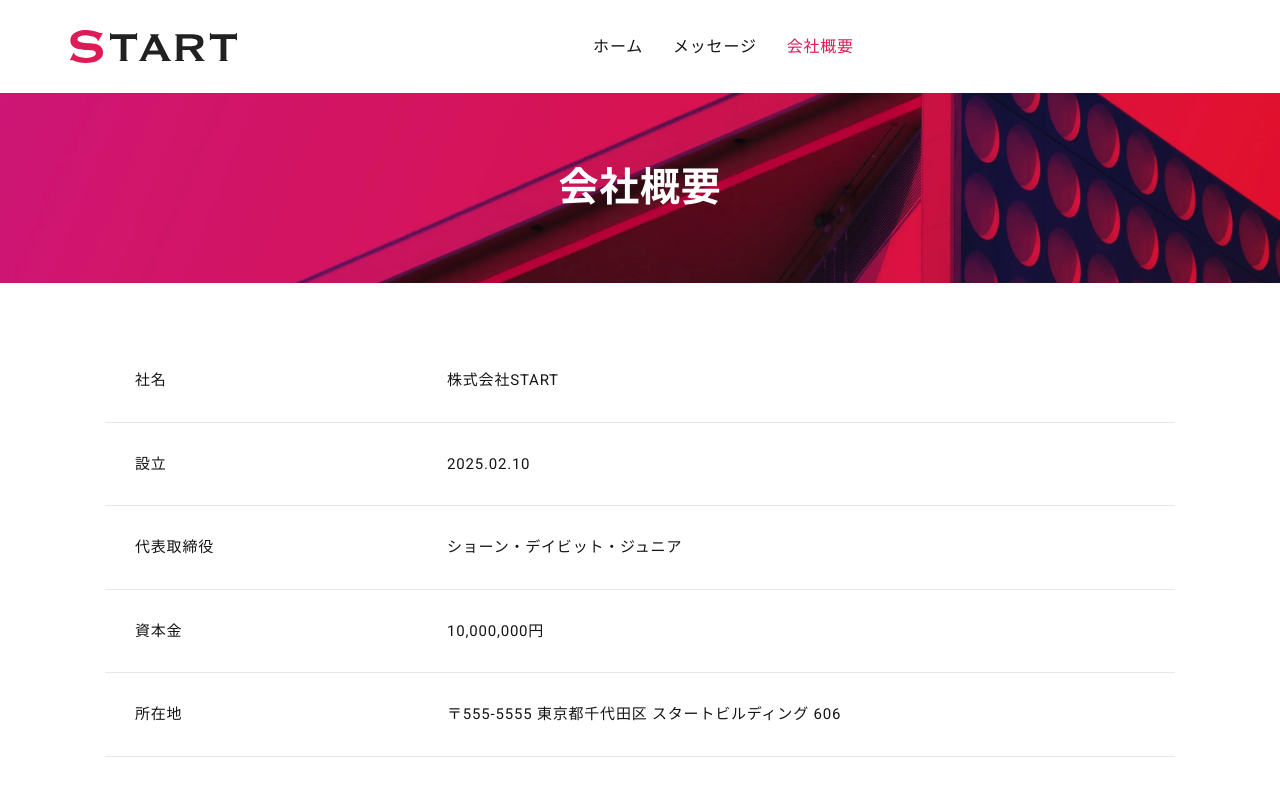
Repository: tetishi/tetishi.github.io
Page: company.html
An editor plug-in stored every save of this project. The page is shown before and after the next save, followed by the edit.
The browser window is 1280 px wide. The pictures show the part of the page from y = 0 to 807 px (the page is 1772 px tall).
Pictures or frames that could not be fetched are drawn as grey boxes.

Above is the page before, as saved 2023-07-18 23:14:21.

### company.html
<!DOCTYPE html>
<html lang="en">
<head>
    <meta charset="UTF-8">
    <meta http-equiv="X-UA-Compatible" content="IE=edge">
    <meta name="viewport" content="width=device-width, initial-scale=1.0">
    <title>Company</title>
    <!-- <link rel="stylesheet" type="text/css" href="http://yui.yahooapis.com/3.18.1/build/cssreset/cssreset-min.css"> -->
    <link rel="preconnect" href="https://fonts.googleapis.com">
    <link rel="preconnect" href="https://fonts.gstatic.com" crossorigin>
    <link href="https://fonts.googleapis.com/css2?family=Noto+Sans+JP:wght@500;700&family=Roboto:wght@400;700&display=swap" rel="stylesheet">
    <link rel="icon" href="img/favicon.ico">
    <link rel="stylesheet" href="./css/reset.css">
    <link rel="stylesheet" href="./css/company.css">
</head>
<body>
    <header class="header">
        <div class="header-inner">
            <h2 class="nav-title">
                <a href="./index.html">
                    <img class="pc" src="img/logo.svg" alt="STARTのロゴ">
                    <img class="sp" src="img/sp_logo.svg" alt="STARTのロゴ">
                </a>
            </h2>
            <nav class="header-nav">
                <ul class="header-list">
                    <li class="header-item">
                        <a href="./index.html">ホーム</a>
                    </li>
                    <li class="header-item">
                        <a href="./message.html">メッセージ</a>
                    </li>
                    <li class="header-item">
                        <a href="./company.html" class="text-red">会社概要</a>
                    </li>
                </ul>
            </nav>
            <div class="overlay"></div>
            <div class="hamburger-menu">
                <button class="hamburger-btn">
                    <span class="bar bar_top"></span>
                    <span class="bar bar_mid"></span>
                    <span class="bar bar_bottom"></span>
                </button>
            </div>
        </div>
    </header>

    <main>
        <!-- fv -->
        <div class="fv">
            <picture>
                <source srcset="./img/fv.webp" type="image/webp">
                <img src="./img/fv.jpg" alt="STARTの赤いイメージ背景">
            </picture>
            <!-- page-title-wrapper -->
            <div class="page-title-wrapper">
                <h1 class="page-title">会社概要</h1>
            </div>
        </div>

        <!-- company -->
        <section id="company" class="section-wrapper company-wrapper">
            <div class="section-inner">
                <div class="company-container">
                    <ul class="company-list">
                        <li class="company-item">
                            <p class="company-item-title">社名</p>
                            <p class="company-item-body">株式会社START</p>
                        </li>
                        <li class="company-item">
                            <p class="company-item-title">設立</p>
                            <time class="company-item-body" datetime="2025.02.10">2025.02.10</time>
                        </li>
                        <li class="company-item">
                            <p class="company-item-title">代表取締役</p>
                            <p class="company-item-body">ショーン・デイビット・ジュニア</p>
                        </li>
                        <li class="company-item">
                            <p class="company-item-title">資本金</p>
                            <p class="company-item-body">10,000,000円</p>
                        </li>
                        <li class="company-item">
                            <p class="company-item-title">所在地</p>
                            <address class="company-item-body">〒555-5555 東京都千代田区 スタートビルディング 606</address>
                        </li>
                    </ul>
                </div>
            </div>
            <!-- /.section-inner -->
        </section>

        <section class="section-wrapper map-wrapper">
            <div class="section-inner">
                <iframe src="https://www.google.com/maps/embed?pb=!1m18!1m12!1m3!1d51849.536086047556!2d139.7213596692974!3d35.686948343546895!2m3!1f0!2f0!3f0!3m2!1i1024!2i768!4f13.1!3m3!1m2!1s0x60188c0c0b13f54d%3A0xb630953beee48188!2sChiyoda%20City%2C%20Tokyo!5e0!3m2!1sen!2sjp!4v1680182950475!5m2!1sen!2sjp" width="100%" height="400" style="border:0;" allowfullscreen="" loading="lazy" referrerpolicy="no-referrer-when-downgrade"></iframe>
                <a href="https://www.google.com/maps/embed?pb=!1m18!1m12!1m3!1d51849.536086047556!2d139.7213596692974!3d35.686948343546895!2m3!1f0!2f0!3f0!3m2!1i1024!2i768!4f13.1!3m3!1m2!1s0x60188c0c0b13f54d%3A0xb630953beee48188!2sChiyoda%20City%2C%20Tokyo!5e0!3m2!1sen!2sjp!4v1680182950475!5m2!1sen!2sjp">Google mapで見る</a>
            </div>
            <!-- /.section-inner -->
        </section>

        <!-- news -->
        <section id="news" class="section-wrapper news-wrapper">
            <div class="section-inner news-inner">
                <div class="news-container">
                <ul class="news-list">
                    <li class="news-item">
                        <time datetime="2023.02.10">2023.02.10</time>
                        <a href="#news">コーポレートサイトをリニューアルしました。</a>
                    </li>
                    <li class="news-item">
                        <time datetime="2023.02.08">2023.02.08</time>
                        <a href="#news">採用を強化中です！一緒に働きませんか？</a>
                    </li>
                    <li class="news-item">
                        <time datetime="2022.02.02">2022.02.02</time>
                        <a href="#news">人材紹介SNS『スタート』をリリースしました。3/31まで新規登録キャンペーンを開催中です！サービス内で使える500ポイントをプレゼント！</a>
                    </li>
                </ul>
                <!-- /.news-list -->
            </div>
            <!-- /.section-inner -->
        </section>
    </main>


    <footer class="footer">
        <div class="section-inner">
            <nav class="footer-nav">
                <ul class="footer-nav-list">
                    <li class="footer-nav-item"><a href="./index.html">ホーム</a></li>
                    <li class="footer-nav-item"><a href="./message.html">メッセージ</a></li>
                    <li class="footer-nav-item"><a href="./company.html">会社概要</a></li>
                </ul>
            </nav>
            <small>&copy;START</small>
        </div>
    </footer>

    <script src="https://ajax.googleapis.com/ajax/libs/jquery/3.6.0/jquery.min.js"></script>
    <script src="js/script.js"></script>
</body>
</html>

### css/reset.css
/*
html5doctor.com Reset Stylesheet
v1.6.1
Last Updated: 2010-09-17
Author: Richard Clark - http://richclarkdesign.com
Twitter: @rich_clark
*/

* {
    box-sizing: border-box;
}

html,
body,
div,
span,
object,
iframe,
h1,
h2,
h3,
h4,
h5,
h6,
p,
blockquote,
pre,
abbr,
address,
cite,
code,
del,
dfn,
em,
img,
ins,
kbd,
q,
samp,
small,
strong,
sub,
sup,
var,
b,
i,
dl,
dt,
dd,
ol,
ul,
li,
fieldset,
form,
label,
legend,
table,
caption,
tbody,
tfoot,
thead,
tr,
th,
td,
article,
aside,
canvas,
details,
figcaption,
figure,
footer,
header,
hgroup,
menu,
nav,
section,
summary,
time,
mark,
ruby,
audio,
video {
    margin: 0;
    padding: 0;
    border: 0;
    outline: 0;
    font-size: 100%;
    vertical-align: baseline;
    background: transparent;
}

body {
    line-height: 1.5;
}

img {
    width: 100%;
    height: auto;
    object-fit: cover;
}

button {
    background-color: transparent;
    border: none;
    cursor: pointer;
    outline: none;
    padding: 0;
    appearance: none;
}

article,
aside,
details,
figcaption,
figure,
footer,
header,
hgroup,
menu,
nav,
section {
    display: block;
}

nav ul {
    list-style: none;
}

li {
    list-style: none;
}

a {
    margin: 0;
    padding: 0;
    font-size: 100%;
    vertical-align: baseline;
    background: transparent;
}

input,
select {
    vertical-align: middle;
}

/*end reset css*/

### css/company.css
/* base */

html {
    font-size: 62.5%;
}
body {
    font-size: 1.6rem;
    letter-spacing: .05em;
    color: #151515;
    font-family: "Roboto", "Noto Sans JP", Arial, "Hiragino Kaku Gothic ProN", "Hiragino Sans", Meiryo, sans-serif;
}
img {
    vertical-align: bottom;
}
.section-inner {
    max-width: 1110px;
    margin: 0 auto;
    padding: 0 20px;
}
a {
    color: inherit;
    text-decoration: none;
}
.text-red {
    color: #DD1B57;
}
address {
    font-style: normal;
}
.pc {
    display: block;
}
.sp {
    display: none;
}

/* header */
.header {
    padding: 30px 70px;
    width: 100%;
}

.header a {
    text-decoration: none;
}
.header-inner {
    display: flex;
    justify-content: space-between;
    align-items: center;
}
.header-list {
    display: flex;
}
.header-item {
    margin-right: 30px;
}
.header-item:last-of-type {
    margin-right: 0;
}
.hamburger-btn {
    display: none;
}
.hamburger-menu {
    display: none;
}

/* fv */
.fv {
    height: 190px;
    background-size: cover;
    background-position: center;
    position: relative;
}
.fv img {
    height: 190px;
    object-fit: cover;
}
.page-title-wrapper {
    position: absolute;
    left: 50%;
    top: 50%;
    color: #fff;
    transform: translate(-50%,-50%);
}
.page-title {
    font-size: 4rem;
}

/* company */
.company-wrapper {
    margin: 86px 0 50px 0;
}
.company-item {
    display: flex;
    padding: 30px 0 30px 30px;
    border-bottom: 1px solid #E8E8E8;
    font-size: 1.5rem;
}
.company-item:first-of-type {
    padding: 0 0 30px 30px;
}
.company-item-title {
    width: 30%;
}

/* map */
.map-wrapper {
    margin-bottom: 78px;
}
.map-wrapper a {
    text-decoration: underline;
    color: #349BF4;
    display: block;
    text-align: right;
}
iframe {
    margin-bottom: 21px;
}

/* news */
.news-wrapper {
    margin-bottom: 100px;
}
.news-inner {
    display: flex;
    column-gap: 90px;
}
.news-item {
    padding: 15px 0 16px 0;
    border-bottom: 1px solid #E8E8E8;
    display: flex;
    font-size: 1.5rem;
}
.news-item:first-of-type {
    padding: 0 0 16px 0;
}
.news-item a {
    margin-left: 40px;
}


/* footer */
.footer {
    background-color: #DD1B57;
    color: #fff;
    height: 164px;
}
.footer-nav-list {
    display: flex;
    font-size: 1.4rem;
    padding: 61px 0 9px;
}
.footer-nav-item {
    margin-right: 40px;
}
small {
    font-size: 1.2rem;
    margin-bottom: 50px;
}

@media screen and (max-width: 768px) {
    /* base_sp */
    .section-inner {
        padding: 0 20px;
    }
    .section-title {
        font-size: 3rem;
        margin-bottom: 19px;
    }
    .pc {
        display: none;
    }
    .sp {
        display: block;
    }

    /* header_sp */
    .header {
        padding: 0;
        z-index: 1;
        position: relative;
    }
    .header-inner {
        height: 60px;
    }
    .nav-title {
        padding: 0 0 0 20px;
    }
    .header-nav {
        display: none;
        position: fixed;
        top: 0;
        right: 0;
        width: 50%;
        height: 100vh;
        background-color: #DD1B57;
    }
    .header-list {
        height: 100%;
        flex-direction: column;
        padding: 96px 0 0 40px;
    }
    .text-red {
        color: #fff;
        opacity: .5;
    }
    .header-item {
        margin: 0 0 27px;
        color: #fff;
    }
    .header-item:last-of-type {
        margin-bottom: 0;
    }
    .hamburger-menu {
        display: block
    }
    .hamburger-btn {
        display: block;
        background-color: #DD1B57;
        padding: 0px 16px;
        width: 60px;
        height: 60px;
    }
    .hamburger-btn .bar {
        display: block;
        width: 26px;
        height: 2px;
        background-color: #fff;
        transition: .3s;
        border-radius: 4px;
    }
    .bar_mid,
    .bar_bottom {
        margin-top: 8px;
    }
    .hamburger-btn.cross .bar_top {
        transform: rotate(45deg) translate(7px, 7px);
        transition: .3s;
    }
    .hamburger-btn.cross .bar_middle {
        opacity: 0;
        transition: .3s;
    }
    .hamburger-btn.cross .bar_bottom {
        transform: rotate(-45deg) translate(7px, -7px);
        transition: .3s;
    }
    body.noscroll {
        overflow: hidden;
    }
    .overlay {
        display: none;
    }
    .overlay.active {
        display: block;
        height: 100vh;
        left: 0;
        position: fixed;
        top: 0;
        width: 50%;
    }

    /* fv_sp */
    .fv {
        height: 160px;
    }
    .fv img {
        height: 160px;
    }
    .page-title {
        font-size: 2.8rem;
    }

    /* company_sp */
    .company-wrapper {
        margin: 56px 0 50px 0;
    }
    .company-item {
        padding: 21px 0 19px;
        font-size: 1.4rem;
        padding-left: 0px;
    }
    .company-item:first-child {
        padding: 0 0 19px;
    }
    .company-item-body {
        width: 70%;
    }

    /* map_sp */
    .map-wrapper {
        margin-bottom: 46px;
    }
    iframe {
        margin-bottom: 16px;
    }

    /* news_sp */
    .news-wrapper {
        margin: 46px 0 50px 0;
    }
    .news-inner {
        display: block;
    }
    .news-item {
        padding: 20px 0 16px 0;
        flex-flow: column;
    }
    .news-item a {
        margin-left: 0px;
    }

    /* footer_sp */
    .footer {
        height: 119px;
    }
    .footer-nav-list {
        font-size: 1.2rem;
        padding: 41px 0 9px;
    }
    .footer-nav-item {
        margin-right: 25px;
    }
    small {
        font-size: 1rem;
        margin-bottom: 29px;
    }
}

### js/script.js
//ハンバーガーボタン
$('.hamburger-menu').on('click', function() {
    $('.header-nav').fadeToggle(300);
    $('.hamburger-btn').toggleClass('cross');
    $('body').toggleClass('noscroll');

    if($('.hamburger-btn').hasClass('cross')) {
        $('.overlay').toggleClass('active');
        $('.overlay').on('click', function() {
            $('.header-nav').fadeOut(300);
            $('.hamburger-btn').removeClass('cross');
            $('body').removeClass('noscroll');
            $('.overlay').removeClass('active');
        })
    }
});

After the next save:
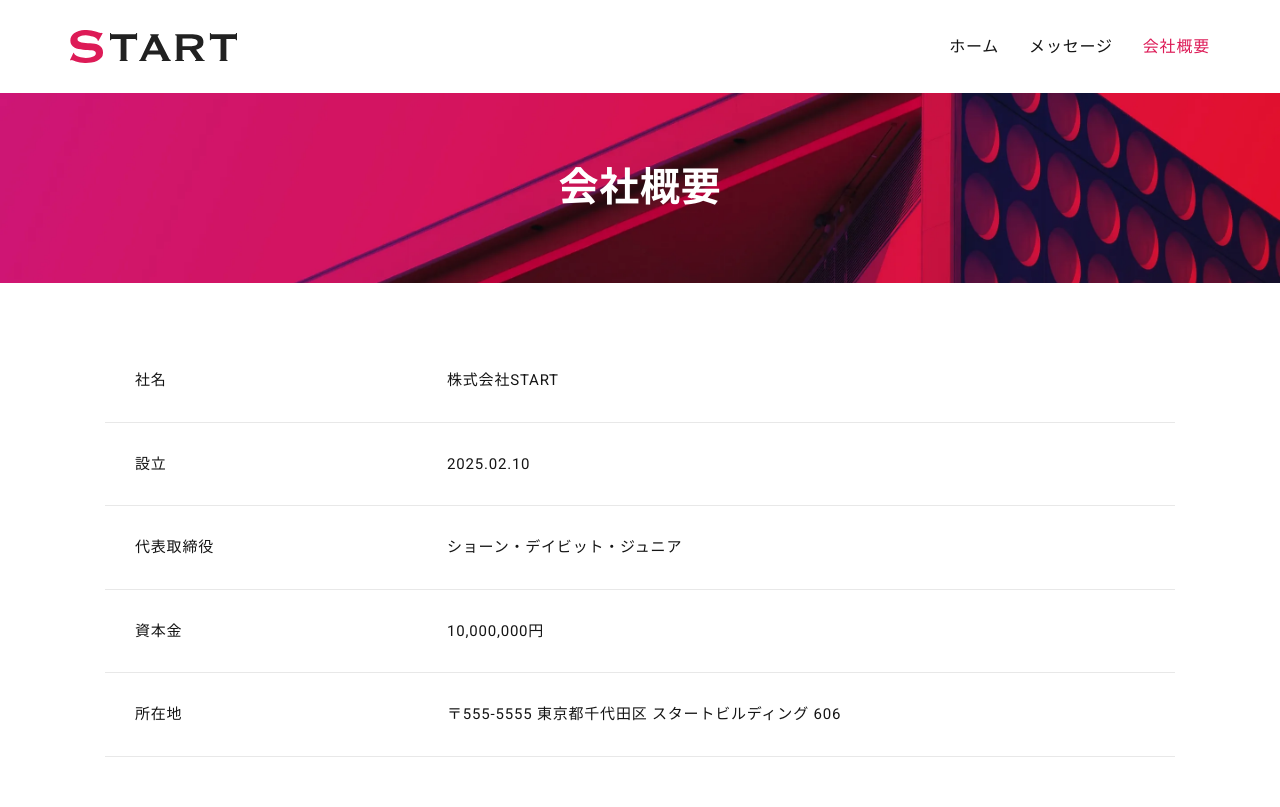
Saved 12 s later.
--- a/css/company.css
+++ b/css/company.css
@@ -56,6 +56,9 @@ address {
 }
 .header-item:last-of-type {
     margin-right: 0;
+}
+.overlay {
+    display: none;
 }
 .hamburger-btn {
     display: none;
